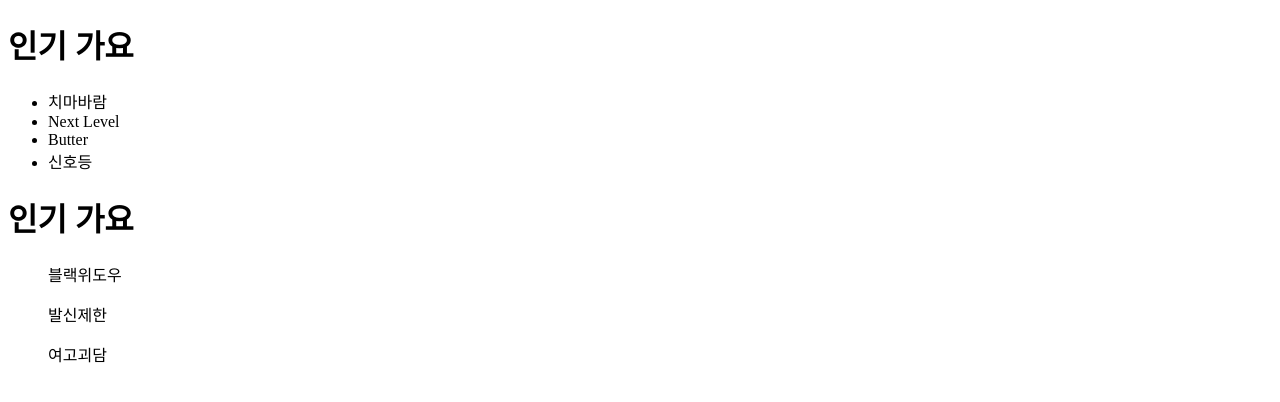
Repository: ghkdtpehd/java_html
Page: 01_HTML/src/main/webapp/EX02.html
The author's editor kept a copy of each file at every save. The page is drawn from the files as they stood at one save, then again after the next save.
The browser window is 1280 px wide. The pictures show the whole page.

Above is the page before, as saved 2021-06-28 01:05:21.

### 01_HTML/src/main/webapp/EX02.html
<!DOCTYPE html>
<html>
<head>
<meta charset="UTF-8">
<title>Insert title here</title>
</head>
<body>
	<h1>인기 가요</h1>
	<ul>
		<li>치마바람</li>
		<li>Next Level</li>
		<li>Butter</li>
		<li>신호등</li>
	</ul>

	<h1>인기 가요</h1>
	<ol>블랙위도우</ol>
	<ol>발신제한</ol>
	<ol>여고괴담</ol>
</body>
</html>

After the next save:
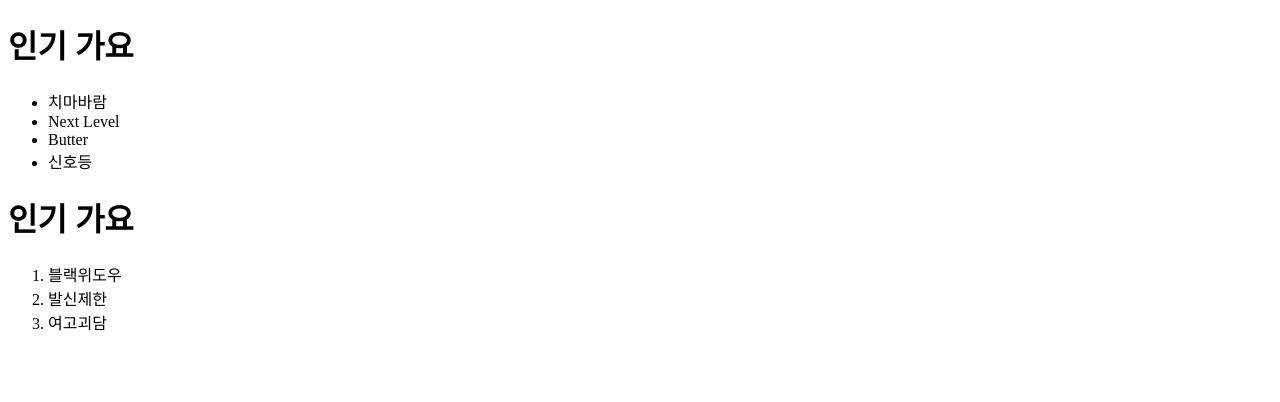
Saved 43 s later.
--- a/01_HTML/src/main/webapp/EX02.html
+++ b/01_HTML/src/main/webapp/EX02.html
@@ -14,8 +14,10 @@
 	</ul>
 
 	<h1>인기 가요</h1>
-	<ol>블랙위도우</ol>
-	<ol>발신제한</ol>
-	<ol>여고괴담</ol>
+	<ol>
+		<li>블랙위도우</li>
+		<li>발신제한</li>
+		<li>여고괴담</li>
+	</ol>
 </body>
 </html>
